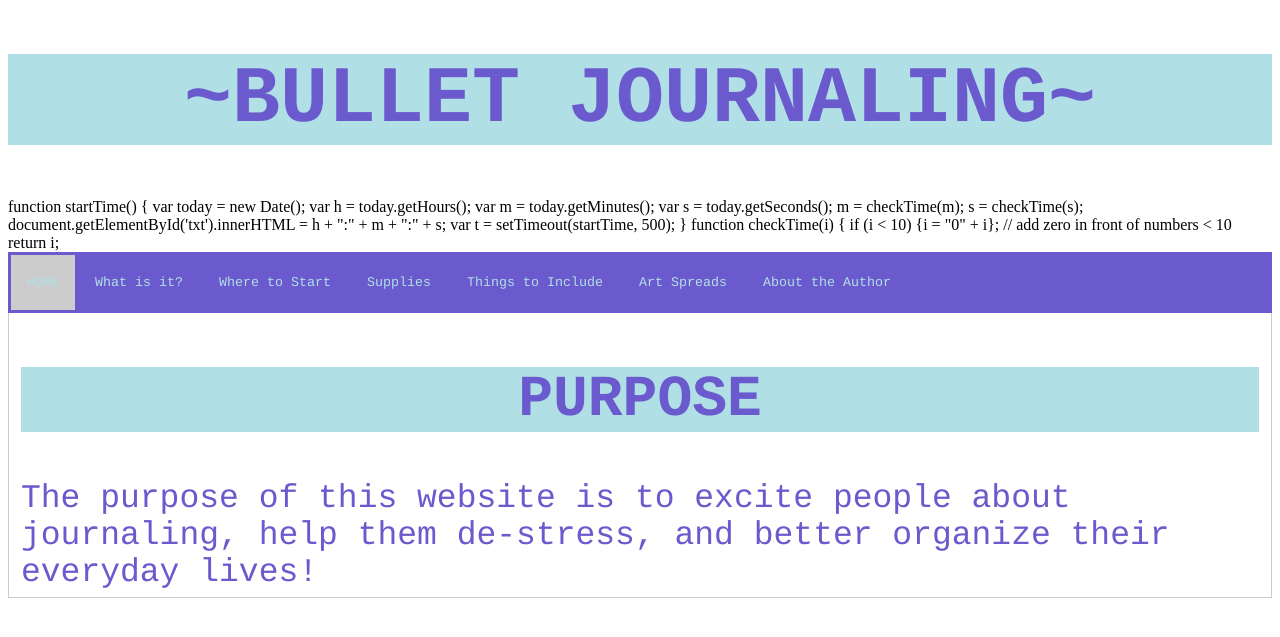
Repository: m-e-l-i-s-s-a/m-e-l-i-s-s-a.github.io
Page: journaling/index.html
The author's editor kept a record of every edit. The page is drawn from the files as they stood at one moment, then again after the next edit.
The browser window is 1280 px wide. The pictures show the whole page.

Above is the page before.

### journaling/index.html
<!doctype html>
  <html lang="en">
       <head>
           <meta charset="utf-8">
           <title>journaling site</title>
       </head>
       <body>

           <h1>
            ~BULLET JOURNALING~
          </h1>
          <p:o>
          function startTime() {
          var today = new Date();
          var h = today.getHours();
          var m = today.getMinutes();
          var s = today.getSeconds();
          m = checkTime(m);
          s = checkTime(s);
          document.getElementById('txt').innerHTML =
          h + ":" + m + ":" + s;
          var t = setTimeout(startTime, 500);
            }
          function checkTime(i) {
          if (i < 10) {i = "0" + i};  // add zero in front of numbers < 10
            return i;
          </p:o>
          <div class="tab">
          <button class="tablinks" onclick="openStep(event, 'HOME')"  id="defaultClose">HOME</button>
          <button class="tablinks" onclick="openStep(event, 'What is it?')">What is it?</button>
          <button class="tablinks" onclick="openStep(event, 'Where to Start')">Where to Start</button>
          <button class="tablinks" onclick="openStep(event, 'Supplies')">Supplies</button>
          <button class="tablinks" onclick="openStep(event, 'Things to Include')">Things to Include</button>
          <button class="tablinks" onclick="openStep(event, 'Art Spreads')">Art Spreads</button>
          <button class="tablinks" onclick="openStep(event, 'About the Author')">About the Author</button>
          </div>

          <div id="HOME" class="tabcontent">
          <h2>
          PURPOSE
          </h2>
          <p1>
          The purpose of this website is to excite people about journaling, help them de-stress, and better organize their everyday lives!</p1>
          <br>
          </div>

          <div id="What is it?" class="tabcontent">
          <h3>
          WHAT IS BULLET JOURNALING?
          </h3>
          <p2>
          Bullet journaling is a customizable way to organize your life and make it more managable. Some bullet journals are very focused on planning and efficiency, while others are artsy and fun. Any which way, a bullet journal is meant to be a planner that you can do whatever you want with!
          <br>
          </p2>
          <img src="mini.journal.jpg" alt="efficent" style="width:400px;height:400px;" class="right">
          <img src="artsy_journal.jpg" alt="art" style="width:400px;height:400px;" class="right">
          </div>

          <div id="Where to Start" class="tabcontent">
          <h4>
          WHERE TO START
          </h4>
          <p3>
          To start, you have to make sure you choose the right journal for you.
          <br>
          </p3>
          <img src="1917.dotted.jpg" alt="1917" style="width:500px;height:500px;" class="right">
          <img src="moleskine.dotted.jpg" alt="mole.cutie" style="width:500px;height:500px;" class="right">
          <img src="ghost.grid.jpg" alt="ghost" style="width:450px;height:500px;" class="right">
          <pbook>
          <br>
          Above are three options that many expirenced  folks use!
          <br>
          </pbook>
          <p1a>
          <br>
          The journal(left) known as the Leuchtturm 1917
          is considered a top choice by most.
          You can purchase it for $20 on amazon
          but there are cheaper options shown here too.
          Many people like this journal because of
          the many perks, like thick, dotted and
          numbered pages, label stickers, and
          many colors to choose from!
          <br>
          </p1a>
          <p1b>
          <br>
          The journal(middle) is called the Moleskine Dotted Hardcover journal.
          Many people consider this journal to be well made and very customizable.
          You can purchase it for $18 on amazon
          so slightly cheaper than the Leuchtturm.
          This journal is a pretty blank slate, making it well liked among the artsy type for journaling.
          The pages are thick, making them perfect for pens and markers.
          The artist in you will really love this!
          <br>
          </p1b>
          <p1c>
          <br>
          The journal(right) is called the Ghost Grid Dot journal.
          This journal isn't very popular due to the loud cover art, but it's a great place to start for beginners.
          You can purchase it for $10 on amazon making it quite affordable.
          This is yet another perk for beginners.
          This journal is spiral bound, which is not usual for bullet journalling, however many people are more comfortable and familiar with spiral notebooks.
          The pages are thick, dotted, and it has built in index pages at the front.
          <br>
          </p1c>
          </div>

          <div id="Supplies" class="tabcontent">
          <h5>
          SUPPLIES
          </h5>
          <p4>
          There are numerous amounts of supplies you can use for journalling, from a few pens to a whole art kit. Here I'll give you some commonly used to get you going!
          <br>
          </p4>
          <hboi>
          <br>
          Fineliners
          <br>
          </hboi>
          <pboi>
          <br>
          Fineliners are markers that come in many different colors that have a very fine tip. Normally used for outlining and writing, they are a staple in most bullet journals.
          <br>
          </pboi>
          <img src="liners.1.jpg" alt="liners.1" style="width:500px;height:500px;">
          <img src="liners.2.jpg" alt="liners.2" style="width:500px;height:500px;">
          <hboiv2>
          <br>
          Pens
          <br>
          </hboiv2>
          <pboiv2>
          <br>
          You probably have countless pens around your house but most journals have thick paper that will work much better with high quality gel pens.
          <br>
          </pboiv2>
          <img src="pens.1.jpg" alt="pens.1" style="width:500px;height:500px;">
          <img src="pens.2.jpg" alt="pens.2" style="width:500px;height:500px;">
          <hboiv3>
          <br>
          Markers
          <br>
          </hboiv3>
          <pboiv3>
          <br>
          Markers are used to color, decorate, and embelish the spreads in your bullet journal. While they aren't necesseary to journalling, they can be a great and exciting edition to yours!
          <br>
          </pboiv3>
          <img src="markers.1.jpg" alt="markers.1" style="width:500px;height:500px;">
          <img src="markers.2.jpg" alt="markers.2" style="width:500px;height:500px;">
          </div>

          <div id="Things to Include" class="tabcontent">
          <h6>
          THINGS TO INCLUDE
          </h6>
          <p5>
          You can include some many things in a bullet journal, but it is common to include calenders, planners, and other organizational spreads. However, there are plenty of things that can give your journal more personality!
          <br>
          </p5>
          <img src="daily.planner.jpg" alt="daily" style="width:500px;height:500px;">
          <img src="monthly.planner.png" alt="monthly" style="width:500px;height:500px;">
          <h1a>
          <br>
          Planners
          </h1a>
          <p2a>
          <br>
          Planners are what bullet journals are all about! They help you organize your life, remember important dates, and everything in between!
          <br>
          </p2a>
          <img src="mood.tracker.1.jpg" alt="mood.1" style="width:500px;height:500px;">
          <img src="mood.tracker.2.png" alt="mood.2" style="width:500px;height:500px;">
          <h1b>
          <br>
          Mood Trackers
          <br>
          </h1b>
          <p2b>
          <br>
          Mood trackers can help you recongize and pick up on behaviors you feel throughtout the month so yu can reflect on yourself and your emotions.
          <br>
          </p2b>
          <img src="habit.tracker.1.jpg" alt="habit.1" style="width:500px;height:500px;">
          <img src="habit.tracker.2.jpg" alt="habit.2" style="width:500px;height:500px;">
          <h1c>
          <br>
          Habit Trackers
          <br>
          </h1c>
          <p2c>
          <br>
          Habit trackers, similar to mood trackers, help you understand and keep track of things you might forget about like water or food intake. Tracking this can help you understand your behaviors and see what you can improve on!
          <br>
          </p2c>
          </div>

          <div id="Art Spreads" class="tabcontent">
          <hbruh>
          ART SPREADS
          </hbruh>
          <p7>
          <br>
          <img src="spread.1.jpg" alt="1" style="width:500px;height:500px;">
          <img src="spread.2.png" alt="2" style="width:500px;height:500px;">
          <img src="spread.3.png" alt="3" style="width:500px;height:500px;">
          <img src="spread.4.jpg" alt="4" style="width:500px;height:500px;">
          <br>
          </p7>
          </div>

          <div id="About the Author" class="tabcontent">
          <h9>
          ABOUT THE AUTHOR
          <br>
          </h9>
          <p8>
          <br>
          The author of this site is a person named Melissa Gomez. She really likes to draw, design, and journal but unforunately, often can't find enough time to dedicate in her everyday life to this.
          <br>
          </p8>
          </div>

          <script>
          function openStep(evt, stepName)
          {
            var i, tabcontent, tablinks;
            tabcontent = document.getElementsByClassName("tabcontent");
            for (i = 0; i < tabcontent.length; i++)
            {
              tabcontent[i].style.display = "none";
            }
            tablinks = document.getElementsByClassName("tablinks");
            for (i = 0; i < tablinks.length; i++)
            {
              tablinks[i].className = tablinks[i].className.replace(" active", "");
            }
            document.getElementById(stepName).style.display = "block";
            evt.currentTarget.className += " active";
          }
          </script>

          <script>
          document.getElementById("defaultClose").click();
          </script>
  </body>

  </html>

  <link href="journaling.css" rel="stylesheet" type="text/css">

### journaling/journaling.css
h1
       {
 	       text-align: center;
 	       font-family: courier;
 	       color: slateblue;
 	       background-color: powderblue;
 	       font-size: 80px;
       }

h2, h3, h4, h5, h6, h7, hbruh, h9
       {
 	       text-align: center;
 	       font-family: courier;
 	       color: slateblue;
 	       background-color: powderblue;
 	       font-size: 58px;
       }

h1a, h1b, h1c, hboi, hboiv2, hboiv3
       {
              text-align: center;
 	       font-family: courier;
 	       color: slateblue;
 	       background-color: powderblue;
 	       font-size: 58px;
       }
p1, p2, p3, p4, p5, p6, p7, p8, pbook
       {
              text-align: center;
              font-family: courier;
              color: slateblue;
              font-size: 33px;
       }

p1a, p1b, p1c, p2a, p2b, p2c, pboi, pboiv2, pboiv3
       {
              text-align: left;
              font-family: courier;
              color: slateblue;
              font-size: 25px;
       }

.tab   {
              overflow: hidden;
              border: 3px solid slateblue;
              background-color: slateblue;
       }

.tab button
       {
              background-color: inherit;
              float: inherit;
              border: none;
              outline: none;
              color: powderblue;
              cursor: pointer;
              padding: 20px 16px;
              transition: 0.3s;
              font-family: courier;
       }

/* Change background color of buttons on hover */
.tab button:hover
       {
              background-color: #ddd;
       }

/* Create an active/current "tab button" class */
.tab .active
       {
              background-color: #ccc;
       }

/* Style the tab content */
.tabcontent
       {
              display: none;
              padding: 6px 12px;
              border: 1px solid #ccc;
              border-top: none;
       }

After the next edit:
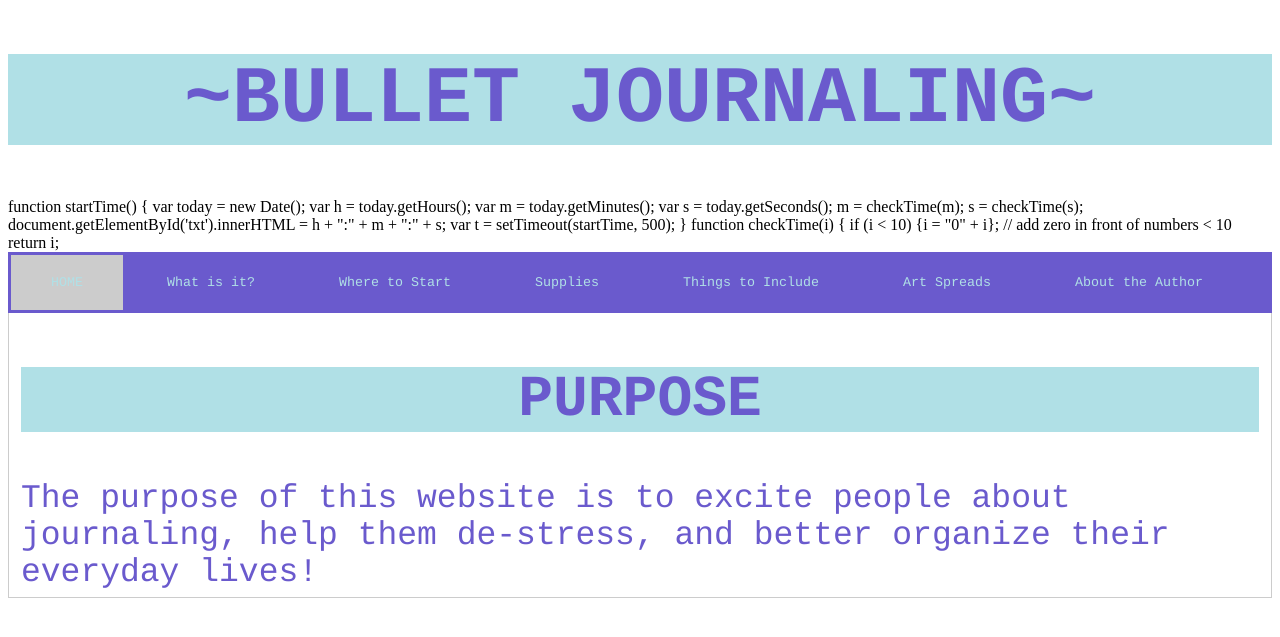
The edit:
--- a/journaling/journaling.css
+++ b/journaling/journaling.css
@@ -54,7 +54,7 @@
               outline: none;
               color: powderblue;
               cursor: pointer;
-              padding: 20px 16px;
+              padding: 20px 40px;
               transition: 0.3s;
               font-family: courier;
        }
